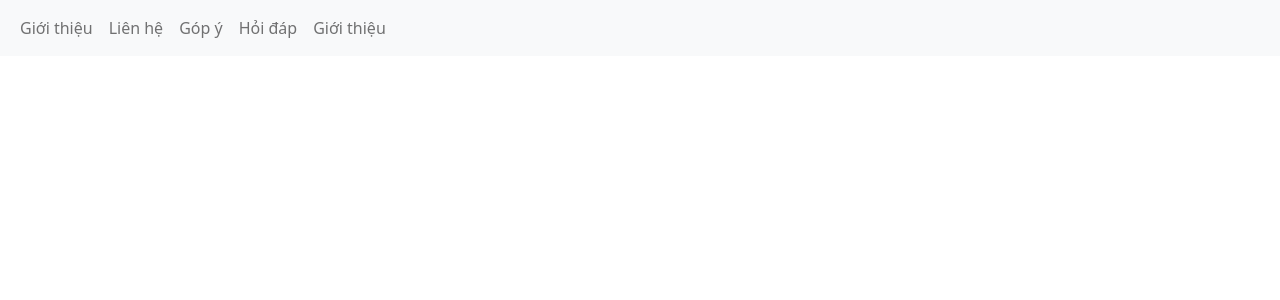
Repository: minhtu5502/fontendFamework
Page: lab1/index.html
The author's editor kept a copy of each file at every save. The page is drawn from the files as they stood at one save, then again after a run of saves.
The browser window is 1280 px wide. The pictures show the whole page.

Above is the page before, as saved 2022-01-06 15:58:44.

### lab1/index.html
<!DOCTYPE html>
<html lang="en">
<head>
    <meta charset="UTF-8">
    <meta http-equiv="X-UA-Compatible" content="IE=edge">
    <meta name="viewport" content="width=device-width, initial-scale=1.0">
    <title>IT16313</title>
    <!-- Style -->
    <link rel="stylesheet" href="css/bootstrap.min.css" />
</head>
<body>
    <div class="container-fluid">
        <header class="row">
            <div class="container">
                <div class="row bg-white" >
                    <div class="col-6">
                        <span></span>
                    </div>

                    <div class="col-6"></div>
                </div>
            </div>
        </header>
        <nav class="row navbar navbar-expand-lg navbar-light bg-light">
            <div class="container-fluid">
                <a href="" class="nav-item collapse">Trang chủ</a>
                <button class="navbar-toggler" type="button" data-bs-toggle="collapse" data-bs-target="#navbarSupportedContent" aria-controls="navbarSupportedContent" aria-expanded="false" aria-label="Toggle navigation">
                    <span class="navbar-toggler-icon"></span>
                  </button>
                <div class="collapse navbar-collapse" id="navbarSupportedContent">
                    <ul class="navbar-nav me-auto" >
                        <li class="nav-item">
                            <a class="nav-link" href="">Giới thiệu</a>
                        </li>
                        <li class="nav-item">
                            <a class="nav-link" href="">Liên hệ</a>
                        </li>
                        <li class="nav-item">
                            <a class="nav-link" href="">Góp ý</a>
                        </li>
                        <li class="nav-item">
                            <a class="nav-link" href="">Hỏi đáp</a>
                        </li>
                        <li class="nav-item">
                            <a class="nav-link" href="">Giới thiệu</a>
                        </li>
                    </ul>

                </div>
            </div>
        </nav>
    </div>
    <!-- Script -->
    <script src="js/jquery.min.js"></script>
    <script src="js/popper.min.js"></script>
    <script src="js/bootstrap.min.js"></script>
</body>
</html>

Loaded but not shown: lab1/css/bootstrap.min.css (library); lab1/js/jquery.min.js (library); lab1/js/popper.min.js (library); lab1/js/bootstrap.min.js (library)

After the next 2 saves:
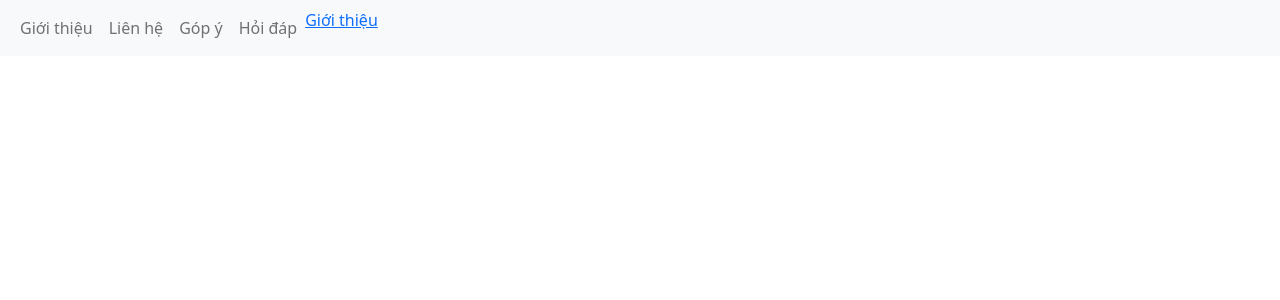
The 2 saves are shown as one change because they came seconds apart.
The last was saved 15 s later.
--- a/lab1/index.html
+++ b/lab1/index.html
@@ -42,7 +42,7 @@
                             <a class="nav-link" href="">Hỏi đáp</a>
                         </li>
                         <li class="nav-item">
-                            <a class="nav-link" href="">Giới thiệu</a>
+                            <a class="dropdown" href="">Giới thiệu</a>
                         </li>
                     </ul>
 

After the 2 saves that followed:
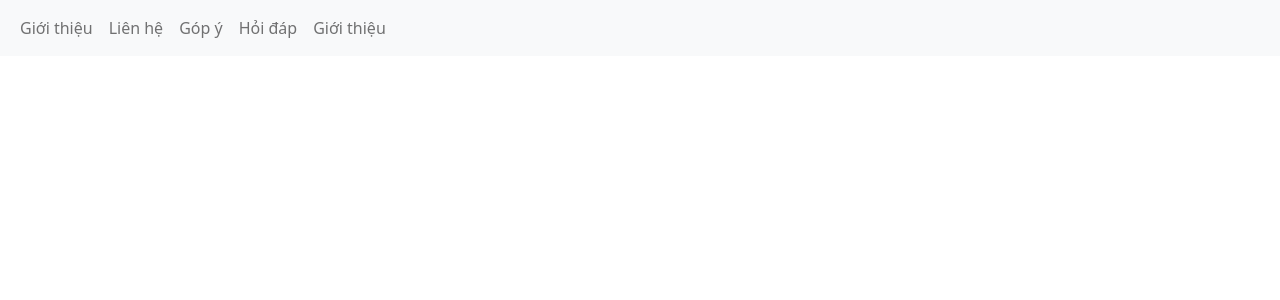
The 2 saves are shown as one change because 1 left the picture as it was.
The last was saved 62 s later.
--- a/lab1/index.html
+++ b/lab1/index.html
@@ -42,7 +42,7 @@
                             <a class="nav-link" href="">Hỏi đáp</a>
                         </li>
                         <li class="nav-item">
-                            <a class="dropdown" href="">Giới thiệu</a>
+                            <a class="nav-link" href="">Giới thiệu</a>
                         </li>
                     </ul>
 
